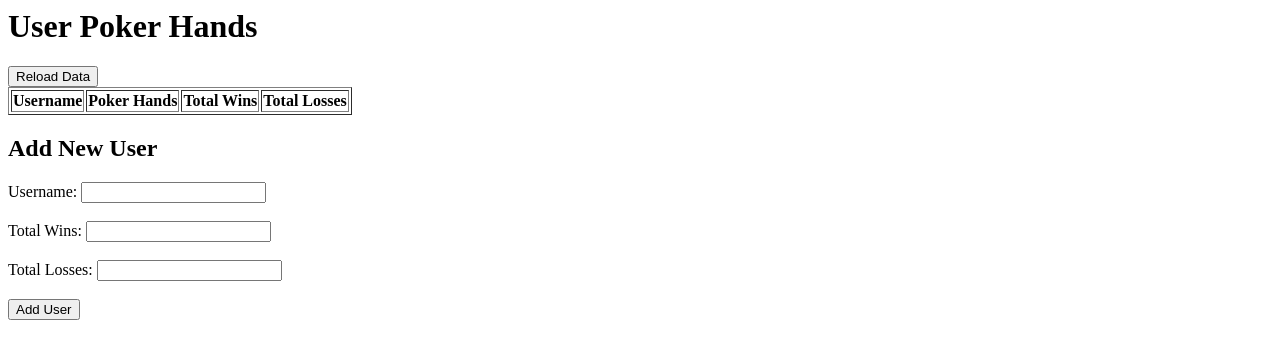
Repository: KidBillionaire/newapp
Page: public/index.html
The author's editor kept a copy of each file at every save. The page is drawn from the files as they stood at one save, then again after the next save.
The browser window is 1280 px wide. The pictures show the whole page.

Above is the page before, as saved 2024-10-10 15:49:49.

After the next save:
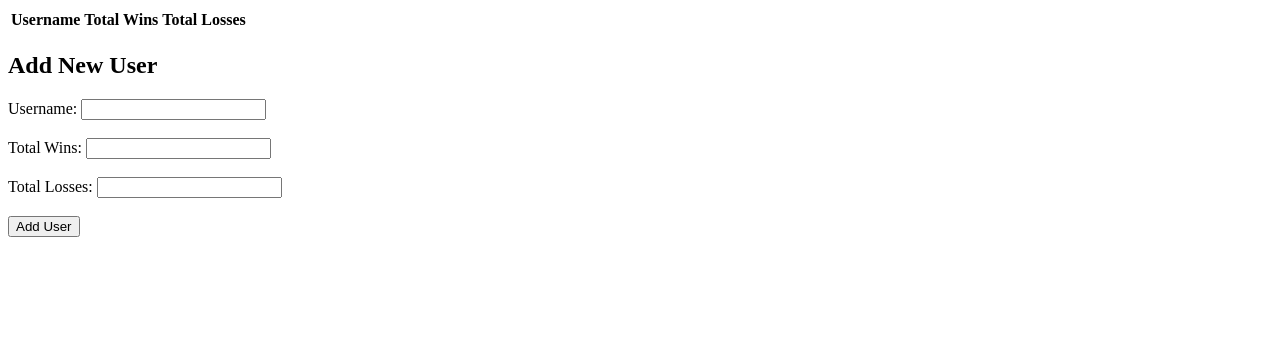
Saved 96 s later.
--- a/public/index.html
+++ b/public/index.html
@@ -1,30 +1,60 @@
+<!DOCTYPE html>
+<html lang="en">
+<head>
+    <meta charset="UTF-8">
+    <meta name="viewport" content="width=device-width, initial-scale=1.0">
+    <title>User Management</title>
+</head>
 <body>
-    <h1>User Poker Hands</h1>
-    <button id="reloadButton">Reload Data</button>
-    <table id="userTable" border="1">
-      <thead>
-        <tr>
-          <th>Username</th>
-          <th>Poker Hands</th>
-          <th>Total Wins</th>
-          <th>Total Losses</th>
-        </tr>
-      </thead>
-      <tbody></tbody> <!-- This will be filled dynamically -->
+    <table>
+        <thead>
+            <tr>
+                <th>Username</th>
+                <th>Total Wins</th>
+                <th>Total Losses</th>
+            </tr>
+        </thead>
+        <tbody></tbody> <!-- This will be filled dynamically -->
     </table>
 
     <!-- New User Form -->
     <h2>Add New User</h2>
     <form id="addUserForm">
-      <label for="username">Username:</label>
-      <input type="text" id="username" name="username" required>
-      <br><br>
-      <label for="wins">Total Wins:</label>
-      <input type="number" id="wins" name="wins" required>
-      <br><br>
-      <label for="losses">Total Losses:</label>
-      <input type="number" id="losses" name="losses" required>
-      <br><br>
-      <button type="submit">Add User</button>
+        <label for="username">Username:</label>
+        <input type="text" id="username" name="username" required>
+        <br><br>
+        <label for="wins">Total Wins:</label>
+        <input type="number" id="wins" name="wins" required>
+        <br><br>
+        <label for="losses">Total Losses:</label>
+        <input type="number" id="losses" name="losses" required>
+        <br><br>
+        <button type="submit">Add User</button>
     </form>
-  </body>
+
+    <script>
+        // Grabbing the form
+        const form = document.getElementById('addUserForm');
+
+        // Adding event listener for form submission
+        form.addEventListener('submit', function(event) {
+            // Prevent the default form submission
+            event.preventDefault();
+
+            // Get the values from the inputs
+            const username = document.getElementById('username').value;
+            const wins = document.getElementById('wins').value;
+            const losses = document.getElementById('losses').value;
+
+            // Log the values to the console
+            console.log('Form Submitted:');
+            console.log('Username:', username);
+            console.log('Total Wins:', wins);
+            console.log('Total Losses:', losses);
+
+            // Here we would typically handle adding the user to the list
+            // For example: addUserToTable(username, wins, losses);
+        });
+    </script>
+</body>
+</html>

After the save that followed:
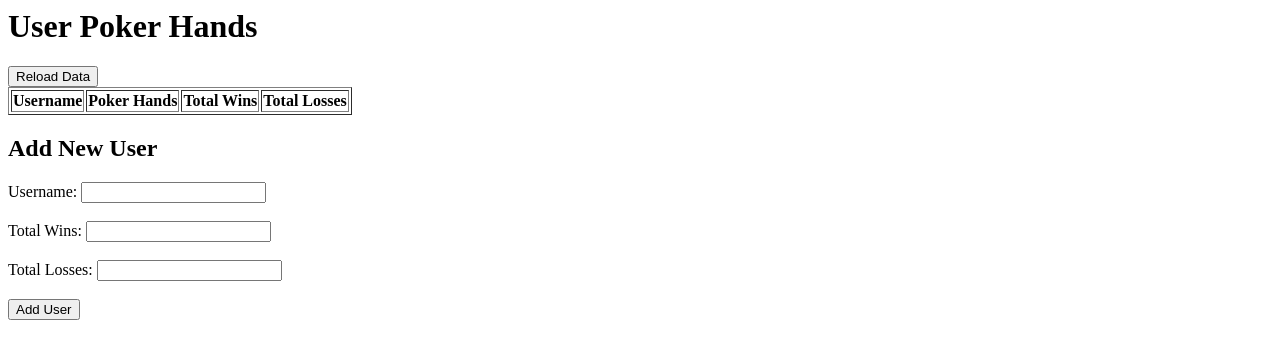
Saved 37 s later.
--- a/public/index.html
+++ b/public/index.html
@@ -1,60 +1,30 @@
-<!DOCTYPE html>
-<html lang="en">
-<head>
-    <meta charset="UTF-8">
-    <meta name="viewport" content="width=device-width, initial-scale=1.0">
-    <title>User Management</title>
-</head>
 <body>
-    <table>
-        <thead>
-            <tr>
-                <th>Username</th>
-                <th>Total Wins</th>
-                <th>Total Losses</th>
-            </tr>
-        </thead>
-        <tbody></tbody> <!-- This will be filled dynamically -->
+    <h1>User Poker Hands</h1>
+    <button id="reloadButton">Reload Data</button>
+    <table id="userTable" border="1">
+      <thead>
+        <tr>
+          <th>Username</th>
+          <th>Poker Hands</th>
+          <th>Total Wins</th>
+          <th>Total Losses</th>
+        </tr>
+      </thead>
+      <tbody></tbody> <!-- This will be filled dynamically -->
     </table>
 
     <!-- New User Form -->
     <h2>Add New User</h2>
     <form id="addUserForm">
-        <label for="username">Username:</label>
-        <input type="text" id="username" name="username" required>
-        <br><br>
-        <label for="wins">Total Wins:</label>
-        <input type="number" id="wins" name="wins" required>
-        <br><br>
-        <label for="losses">Total Losses:</label>
-        <input type="number" id="losses" name="losses" required>
-        <br><br>
-        <button type="submit">Add User</button>
+      <label for="username">Username:</label>
+      <input type="text" id="username" name="username" required>
+      <br><br>
+      <label for="wins">Total Wins:</label>
+      <input type="number" id="wins" name="wins" required>
+      <br><br>
+      <label for="losses">Total Losses:</label>
+      <input type="number" id="losses" name="losses" required>
+      <br><br>
+      <button type="submit">Add User</button>
     </form>
-
-    <script>
-        // Grabbing the form
-        const form = document.getElementById('addUserForm');
-
-        // Adding event listener for form submission
-        form.addEventListener('submit', function(event) {
-            // Prevent the default form submission
-            event.preventDefault();
-
-            // Get the values from the inputs
-            const username = document.getElementById('username').value;
-            const wins = document.getElementById('wins').value;
-            const losses = document.getElementById('losses').value;
-
-            // Log the values to the console
-            console.log('Form Submitted:');
-            console.log('Username:', username);
-            console.log('Total Wins:', wins);
-            console.log('Total Losses:', losses);
-
-            // Here we would typically handle adding the user to the list
-            // For example: addUserToTable(username, wins, losses);
-        });
-    </script>
-</body>
-</html>
+  </body>
